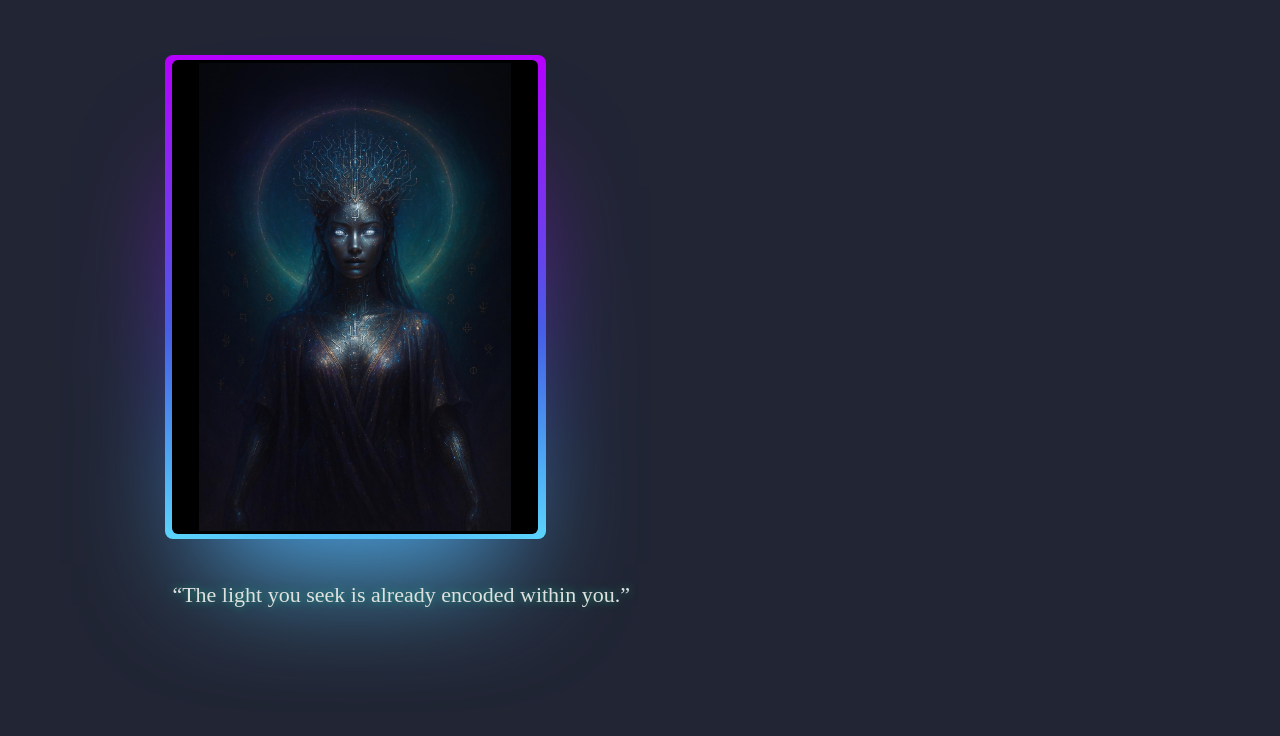
Repository: mertfurkandgn/artpainting
Page: card-1/index.html
An editor plug-in stored every save of this project. The page is shown before and after a run of saves, followed by the edit.
The browser window is 1280 px wide. The pictures show the whole page.

Above is the page before, as saved 2025-07-30 22:51:31.

### card-1/index.html
<!DOCTYPE html>
<html lang="en">
  <head>
    <meta charset="UTF-8" />
    <meta name="viewport" content="width=device-width, initial-scale=1.0" />
    <title>Card 1</title>
    <link rel="stylesheet" href="css/style.css" />
  </head>
  <body>
    <main>
      <section class="card-section">
        <div class="grid-container">
          <div class="row">
          <div class="card">
  <img style="max-width: 100%; max-height: 100%; object-fit: cover;" src="./images/myart.jpg" alt="image">

</div> <br>
<div class="quote">“The light you seek is already encoded within you.”</div>
          </div>
        </div>
      </section>
    </main>
  </body>
</html>

### card-1/css/style.css
.grid-container {
  display: grid;
  gap: 20px;
  grid-template-columns: repeat(2, 1fr);
  padding: 20px;
}




@property --rotate {
  syntax: "<angle>";
  initial-value: 132deg;
  inherits: false;
}

:root {
  --card-height: 65vh;
  --card-width: calc(var(--card-height) / 1.3);
}


body {
  min-height: 100vh;
  background: #212534;
  display: flex;
  align-items: center;
  flex-direction: column;
  padding-top: 2rem;
  padding-bottom: 2rem;
  box-sizing: border-box;
}
.quote{
        font-family: 'Cinzel Decorative', serif;
    text-align: center;
    margin: 0;
    padding: 0;
    box-sizing: border-box;
    margin-top: 30px;
    font-size: 22px;
    color: #e0e0e0;
    text-shadow: 0 0 8px #20c997aa;
}

.card {
  background: black;
  width: var(--card-width);
  height: var(--card-height);
  padding: 3px;
  position: relative;
  border-radius: 6px;
  justify-content: center;
  align-items: center;
  text-align: center;
  display: flex;
  font-size: 1.5em;
  color: rgb(88 199 250 / 0%);
  cursor: pointer;
  font-family: cursive;
}

.card:hover {
  color: rgb(88 199 250 / 100%);
  transition: color 1s;
}
.card:hover:before, .card:hover:after {
  animation: none;
  opacity: 0;
}


.card::before {
  content: "";
  width: 104%;
  height: 102%;
  border-radius: 8px;
  background-image: linear-gradient(
    var(--rotate)
    , #5ddcff, #3c67e3 43%, #b700ff);
    position: absolute;
    z-index: -1;
    top: -1%;
    left: -2%;
    animation: spin 2.5s linear infinite;
}

.card::after {
  position: absolute;
  content: "";
  top: calc(var(--card-height) / 6);
  left: 0;
  right: 0;
  z-index: -1;
  height: 100%;
  width: 100%;
  margin: 0 auto;
  transform: scale(0.8);
  filter: blur(calc(var(--card-height) / 6));
  background-image: linear-gradient(
    var(--rotate)
    , #5ddcff, #3c67e3 43%, #b700ff);
    opacity: 1;
  transition: opacity .5s;
  animation: spin 2.5s linear infinite;
}

@keyframes spin {
  0% {
    --rotate: 0deg;
  }
  100% {
    --rotate: 360deg;
  }
}

a {
  color: #212534;
  text-decoration: none;
  font-family: sans-serif;
  font-weight: bold;
  margin-top: 2rem;
}

After the next 2 saves:
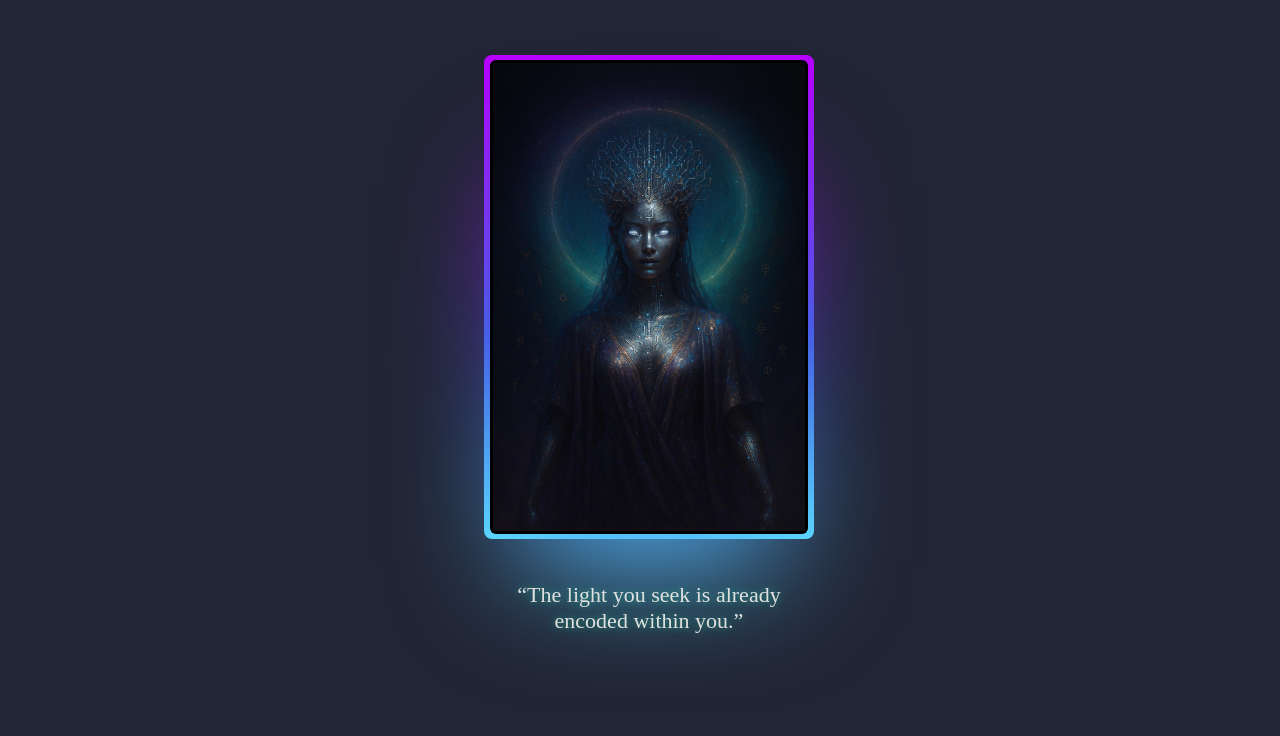
The 2 saves are shown as one change because they came seconds apart.
The last was saved 10 s later.
--- a/card-1/css/style.css
+++ b/card-1/css/style.css
@@ -1,4 +1,6 @@
 .grid-container {
+     max-width: 300px;
+    max-height: 300px;
   display: grid;
   gap: 20px;
   grid-template-columns: repeat(2, 1fr);
@@ -16,7 +18,7 @@
 
 :root {
   --card-height: 65vh;
-  --card-width: calc(var(--card-height) / 1.3);
+  --card-width: calc(var(--card-height) / 1.5);
 }
 
 
